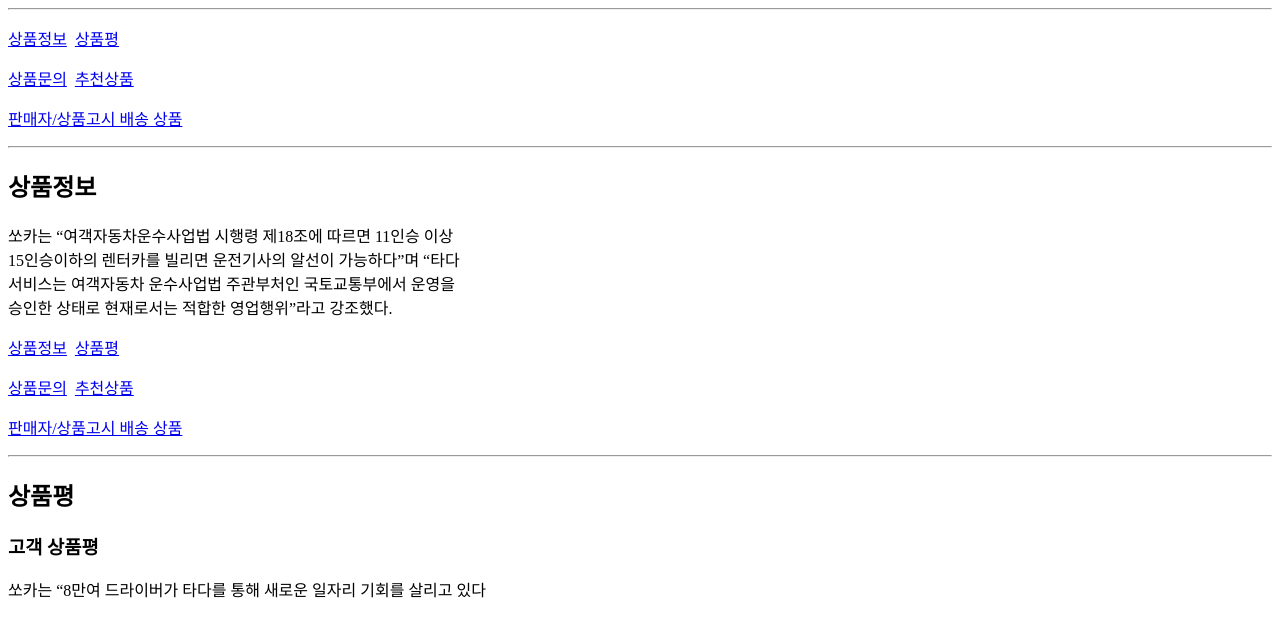
Repository: luna2222/web
Page: 01HTML5/WebContent/[2강}HTML태그/02_06Id.html
These files come from the project's save history. The page is drawn as it stood at one moment and after the next save; the edit follows.
The browser window is 1280 px wide. The pictures show the whole page.

Above is the page before, as saved 2019-02-24 06:57:03.

### 01HTML5/WebContent/[2강}HTML태그/02_06Id.html
<!DOCTYPE html>
<html>
<head>
<meta charset="UTF-8">
<title>앵커 태그와 아이디 속성</title>
</head>
<body>
  <!-- 앵커 태그와 아이디 속성을 이용하면 페이지내에서 특정 위치로 쉽게이동 -->
   <!-- 상품 정보 -->
   <hr id="info01"/>
   <p><a href="#info01">상품정보</a>&nbsp;&nbsp;<a href="info02">상품평</a>&nbsp;
   <p><a href="#info03">상품문의</a>&nbsp;&nbsp;<a href="info04">추천상품</a>&nbsp;
   <p><a href="#info05">판매자/상품고시 배송 상품</a><p>
   <hr/>
   <h2>상품정보</h2>
   <p>쏘카는 “여객자동차운수사업법 시행령 제18조에 따르면 11인승 이상 <br>
   15인승이하의 렌터카를 빌리면 운전기사의 알선이 가능하다”며 “타다 <br>
    서비스는 여객자동차 운수사업법 주관부처인 국토교통부에서 운영을 <br>
    승인한 상태로 현재로서는 적합한 영업행위”라고 강조했다.
   </p>
   <p><a href="#info01">상품정보</a>&nbsp;&nbsp;<a href="info02">상품평</a>&nbsp;
   <p><a href="#info03">상품문의</a>&nbsp;&nbsp;<a href="info04">추천상품</a>&nbsp;
   <p><a href="#info05">판매자/상품고시 배송 상품</a><p>
   <hr/>
   <h2>상품평</h2>
  <p>
  <h3>고객 상품평</h3>
   쏘카는 “8만여 드라이버가 타다를 통해 새로운 일자리 기회를 살리고 있다<br>
   </p>

</body>
</html>

After the next save:
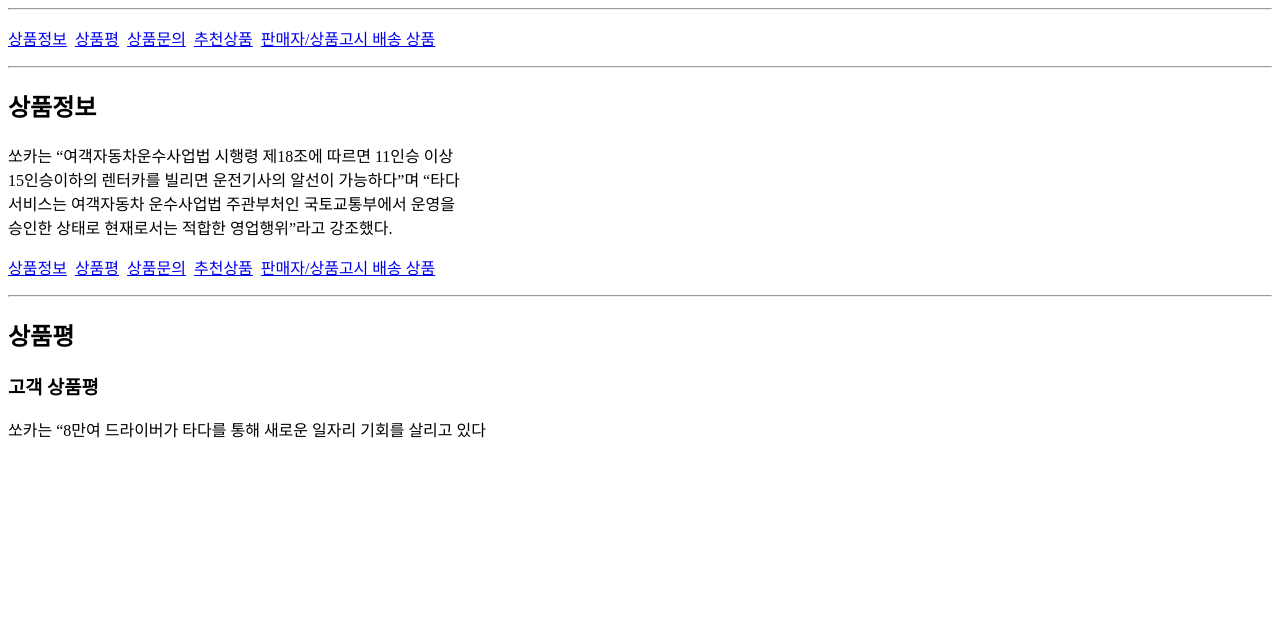
Saved 5 min 2 s later.
--- a/01HTML5/WebContent/[2강}HTML태그/02_06Id.html
+++ b/01HTML5/WebContent/[2강}HTML태그/02_06Id.html
@@ -9,23 +9,23 @@
    <!-- 상품 정보 -->
    <hr id="info01"/>
    <p><a href="#info01">상품정보</a>&nbsp;&nbsp;<a href="info02">상품평</a>&nbsp;
-   <p><a href="#info03">상품문의</a>&nbsp;&nbsp;<a href="info04">추천상품</a>&nbsp;
-   <p><a href="#info05">판매자/상품고시 배송 상품</a><p>
+   <a href="#info03">상품문의</a>&nbsp;&nbsp;<a href="info04">추천상품</a>&nbsp;
+   <a href="#info05">판매자/상품고시 배송 상품</a></p>
    <hr/>
    <h2>상품정보</h2>
-   <p>쏘카는 “여객자동차운수사업법 시행령 제18조에 따르면 11인승 이상 <br>
-   15인승이하의 렌터카를 빌리면 운전기사의 알선이 가능하다”며 “타다 <br>
-    서비스는 여객자동차 운수사업법 주관부처인 국토교통부에서 운영을 <br>
-    승인한 상태로 현재로서는 적합한 영업행위”라고 강조했다.
+   <p>쏘카는 “여객자동차운수사업법 시행령 제18조에 따르면 11인승 이상 <br/>
+   15인승이하의 렌터카를 빌리면 운전기사의 알선이 가능하다”며 “타다 <br/>
+    서비스는 여객자동차 운수사업법 주관부처인 국토교통부에서 운영을 <br/>
+    승인한 상태로 현재로서는 적합한 영업행위”라고 강조했다.<br/>
    </p>
    <p><a href="#info01">상품정보</a>&nbsp;&nbsp;<a href="info02">상품평</a>&nbsp;
-   <p><a href="#info03">상품문의</a>&nbsp;&nbsp;<a href="info04">추천상품</a>&nbsp;
-   <p><a href="#info05">판매자/상품고시 배송 상품</a><p>
+   <a href="#info03">상품문의</a>&nbsp;&nbsp;<a href="info04">추천상품</a>&nbsp;
+   <a href="#info05">판매자/상품고시 배송 상품</a><p>
    <hr/>
    <h2>상품평</h2>
   <p>
   <h3>고객 상품평</h3>
-   쏘카는 “8만여 드라이버가 타다를 통해 새로운 일자리 기회를 살리고 있다<br>
+   쏘카는 “8만여 드라이버가 타다를 통해 새로운 일자리 기회를 살리고 있다<br/>
    </p>
 
 </body>
